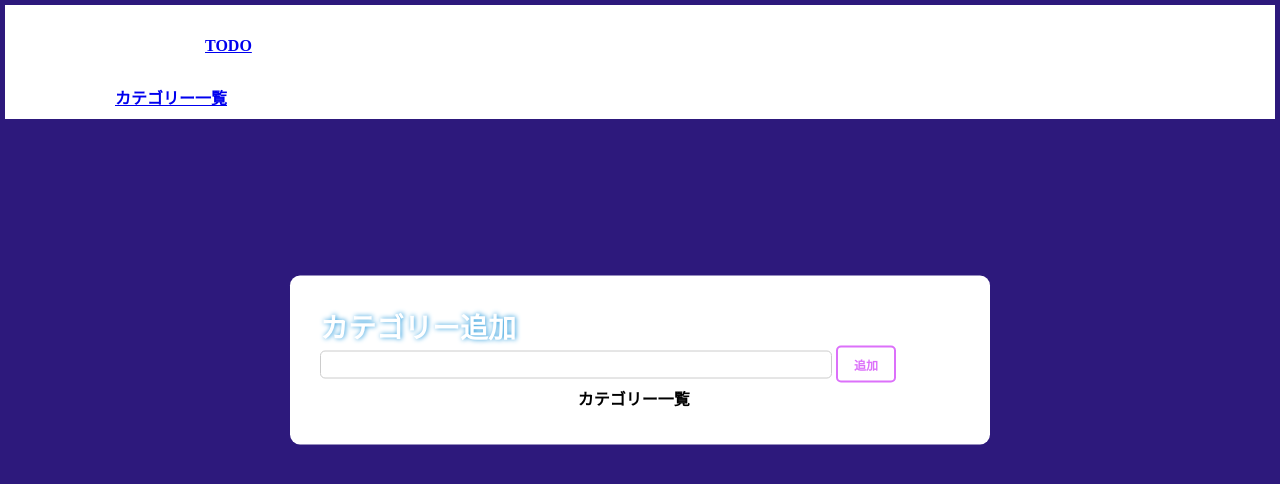
Repository: azuma2/cate
Page: http://localhost/cate
These files come from the project's save history. The page is drawn as it stood at one moment and after a run of saves; the edit follows.
The browser window is 1280 px wide. The pictures show the whole page.
The page is served by the project's Laravel application, run on PHP 8.4 with Laravel 8. Other server files are loaded and not shown. Queries for data that is not in the repository find no rows.

Above is the page before, as saved 2022-05-18 00:59:55.

### routes/web.php
<?php

use Illuminate\Support\Facades\Route;
use App\Http\Controllers\TodoController;
use App\Http\Controllers\CateController;


Route::get('/', [TodoController::class, 'index']);

Route::get('/cate', [CateController::class, 'index']);

Route::post('/todo/create', [TodoController::class, 'create']);
Route::post('/todo/update', [TodoController::class, 'update']);
Route::post('/todo/delete', [TodoController::class, 'remove']);
Route::post('/todo/search', [TodoController::class, 'search']);
Route::post('/cate/create', [CateController::class, 'create']);
Route::post('/cate/update', [CateController::class, 'update']);
Route::post('/cate/delete', [CateController::class, 'remove']);
Route::post('/cate/search', [CateController::class, 'search']);

### app/Http/Controllers/CateController.php
<?php

namespace App\Http\Controllers;

use App\Models\Todo;
use App\Models\Cate;
use Illuminate\Http\Request;
use Illuminate\Support\Facades\DB;

class CateController extends Controller
{
    public function index()
    {
        $items = Todo::all();
        $items = Cate::all();
        return view('cate', ['items' => $items]);
    }


    public function create(Request $request)
    {
        $param = ['content' => $request->content,];

        $this->validate($request, Cate::$rules);
        DB::insert('insert into cates (content) values (:content)', $param);
        return view('cate');
    }

    public function update(Request $request)
    {
        $param = [
            'id' => $request->id,
            'content' => $request->content,
        ];
        $cates = $this->cate->get();
        $this->validate($request, Cate::$rules);
        DB::update('update cates set content =:content where id =:id', $param);
        return redirect('/cate');
    }

    public function remove(Request $request)
    {
        $param = ['id' => $request->id];
        DB::delete('delete from cates where id =:id', $param);
        return redirect('/cate');
    }

}

### app/Models/todo.php
<?php


namespace App\Models;

use Illuminate\Database\Eloquent\Factories\HasFactory;
use Illuminate\Database\Eloquent\Model;
use App\Models\Cate;

class Todo extends Model
{
    use HasFactory;

    protected $fillable = ['cate_id', 'content'];

    public static $rules = array(
        'cate_id' => 'required',
        'content' => 'required|max:20',
    );

    public function cate(){
        return $this->belongsTo('App\Models\cate');
    }


}

### app/Models/cate.php
<?php


namespace App\Models;

use Illuminate\Database\Eloquent\Factories\HasFactory;
use Illuminate\Database\Eloquent\Model;
use App\Models\Todo;

class Cate extends Model
{
    use HasFactory;

    protected $fillable = ['content'];

    public static $rules = array(
        'content' => 'required|max:10',
    );

    public function todo(){
        return $this->belongsTo('App\Models\todo');
    }


}

### resources/views/cate.blade.php
<style>
    body {
      font-size:16px;
      margin: 5px;
      background-color: #2d197c;
    }


header{
  padding-right:50px;
  padding-left:50px;
  padding-top:20px;
  left: 0;
  top: 0;
  background: #fff;

}
.head {
  font-weight: bolder;
  position: sticky;
  bottom: 0;
}

.head0{
    display: flex;
    justify-content: space-between;
}

.head1{
  padding: 10px;
  margin: 10px;
  margin-left:100px;
}

.head2{
  padding: 10px;
  margin: 10px;
  margin-right:100px;
}

ul{
  list-style: none;
  margin-top: -8px;
}

    td {
      padding: 5px 10px;
      text-align: center;
    }

    .narabe{
      display:flex;
      flex-flow: column;
    }

    .button {
    text-align: left;
    border: 2px solid #dc70fa;
    font-size: 12px;
    color: #dc70fa;
    background-color: #fff;
    font-weight: bold;
    padding: 8px 16px;
    border-radius: 5px;
    cursor: pointer;
    transition: 0.4s;
    outline: none;
}
.input-add {
    width: 80%;
    padding: 5px;
    border-radius: 5px;
    border: 1px solid #ccc;
    appearance: none;
    font-size: 14px;
    outline: none;
}
.input-update {
    width: 90%;
    padding: 5px;
    border-radius: 5px;
    border: 1px solid #ccc;
    appearance: none;
    font-size: 14px;
    outline: none;
}
    .card {
    background-color: #fff;
    width: 50vw;
    padding: 30px;
    position: absolute;
    top: 50%;
    left: 50%;
    transform: translate(-50%, -50%);
    border-radius: 10px;
}
    h2 {
      font-size:28px;
      color:white;
      text-shadow:1px 0 5px #289ADC;
      margin-left: 1px;
      margin: 0;
    }
    .content {
      margin:10px;
    }
    form {

    margin: 0;
}
</style>
<body>
  <header>
    <div class="head">
      <ul>
        <li class="head1"><a href="{{ url('/') }}">TODO</a></li>
        <li class="head2"><a href="{{ url('/cate') }}">カテゴリー一覧</a></li>
      </ul>
    </div>
  </header>






  <div class="container">
    <div class="card">
      <h2 class="title">カテゴリー追加</h2>
            <div class="todo">
              @if ($errors->has('content'))
                  <tr>
                    <th>ERROR</th>
                  <td>
                  {{$errors->first('content')}}
                </td>
            </tr>
          @endif
        <form action="/cate/create" method="post">
            @csrf
          <input type="text" class="input-add" name="content">
          <input class="button" type="submit" value="追加" />
        </form>
          <div class="narabe">
        <table>
            @csrf
          <tr>
            <th></th>
            <th>カテゴリー一覧</th>
            <th></th>
            <th></th>
          </tr>

                    <tr>
            @foreach ($items as $item)

            <td>

            </td>

            <form action="/cate/update" method="post">
              @csrf
              <td>
                <input type="text" class="input-update" value="{{$item->content}}" name="content" />
              </td>
              <td>
                <input type="hidden"  name="id" value="{{$item->id}}">
                <input class="button" type="submit" value="更新" >
              </td>
            </form>
            <td>
              <form action="/cate/delete" method="post" >
                    @csrf
                <input  type="hidden" name="id" value="{{$item->id}}" >
                <input class="button" type="submit" value="削除" >
              </form>
            </td>
            </div>
          </tr>
          @endforeach
        </table>
      </div>
    </div>
  </div>
  </div>

</body>
</html>

Loaded but not shown: app/Http/Controllers/Controller.php (common file)

After the next 2 saves:
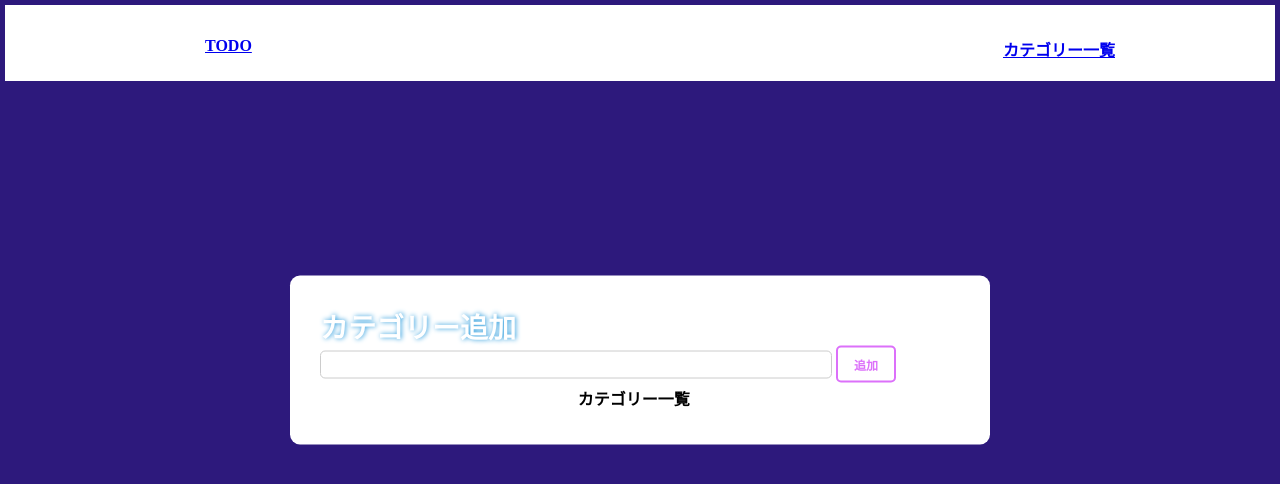
The 2 saves are shown as one change because they came seconds apart.
The last was saved 22 s later.
--- a/resources/views/cate.blade.php
+++ b/resources/views/cate.blade.php
@@ -112,7 +112,7 @@ ul{
 <body>
   <header>
     <div class="head">
-      <ul>
+      <ul class="head0">
         <li class="head1"><a href="{{ url('/') }}">TODO</a></li>
         <li class="head2"><a href="{{ url('/cate') }}">カテゴリー一覧</a></li>
       </ul>
